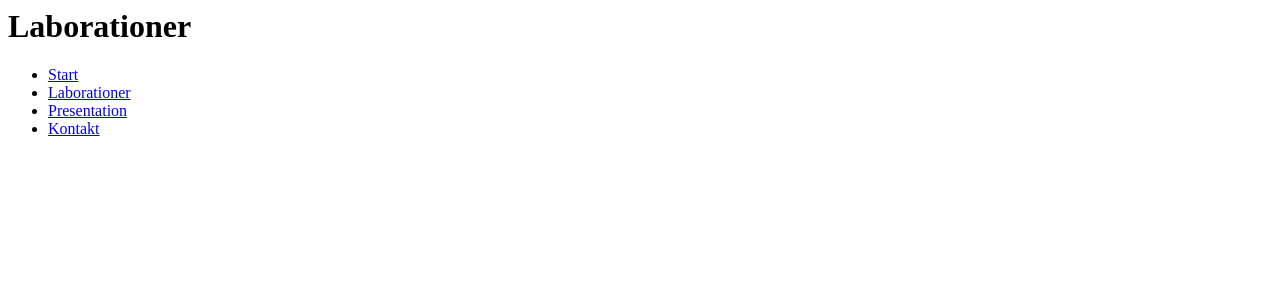
Repository: ulfek/laborationer
Page: pages/laborationer.html
The author's editor kept a record of every edit. The page is drawn from the files as they stood at one moment, then again after the next edit.
The browser window is 1280 px wide. The pictures show the whole page.

Above is the page before.

### pages/laborationer.html
<!doctype>
    <head>
        <meta charset="utf-8" />
        <title>Laborationer</title>
    </head>
    <body>
        <h1>Laborationer</h1>
        <ul>
            <li><a href="../index.html">Start</a></li>
            <li><a href="#">Laborationer</a></li>
            <li><a href="presentation.html">Presentation</a></li>
            <li><a href="kontakt.html">Kontakt</a></li>
        </ul>
    </body>
</html>

After the next edit:
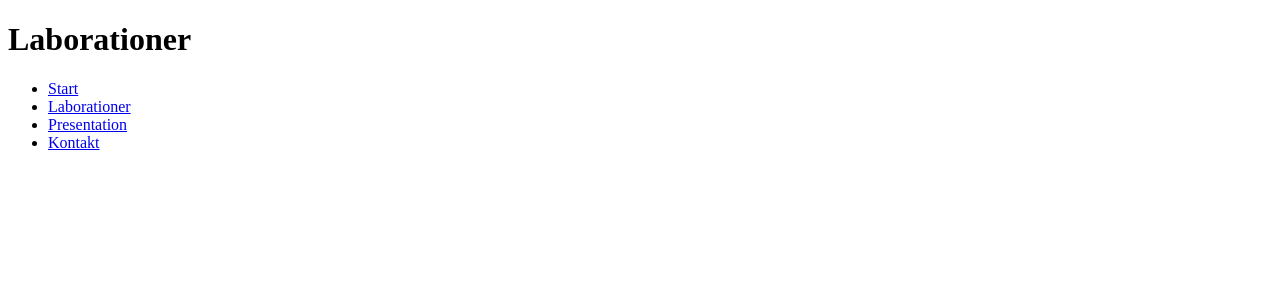
The edit:
--- a/pages/laborationer.html
+++ b/pages/laborationer.html
@@ -1,4 +1,4 @@
-<!doctype>
+<!doctype html>
     <head>
         <meta charset="utf-8" />
         <title>Laborationer</title>
